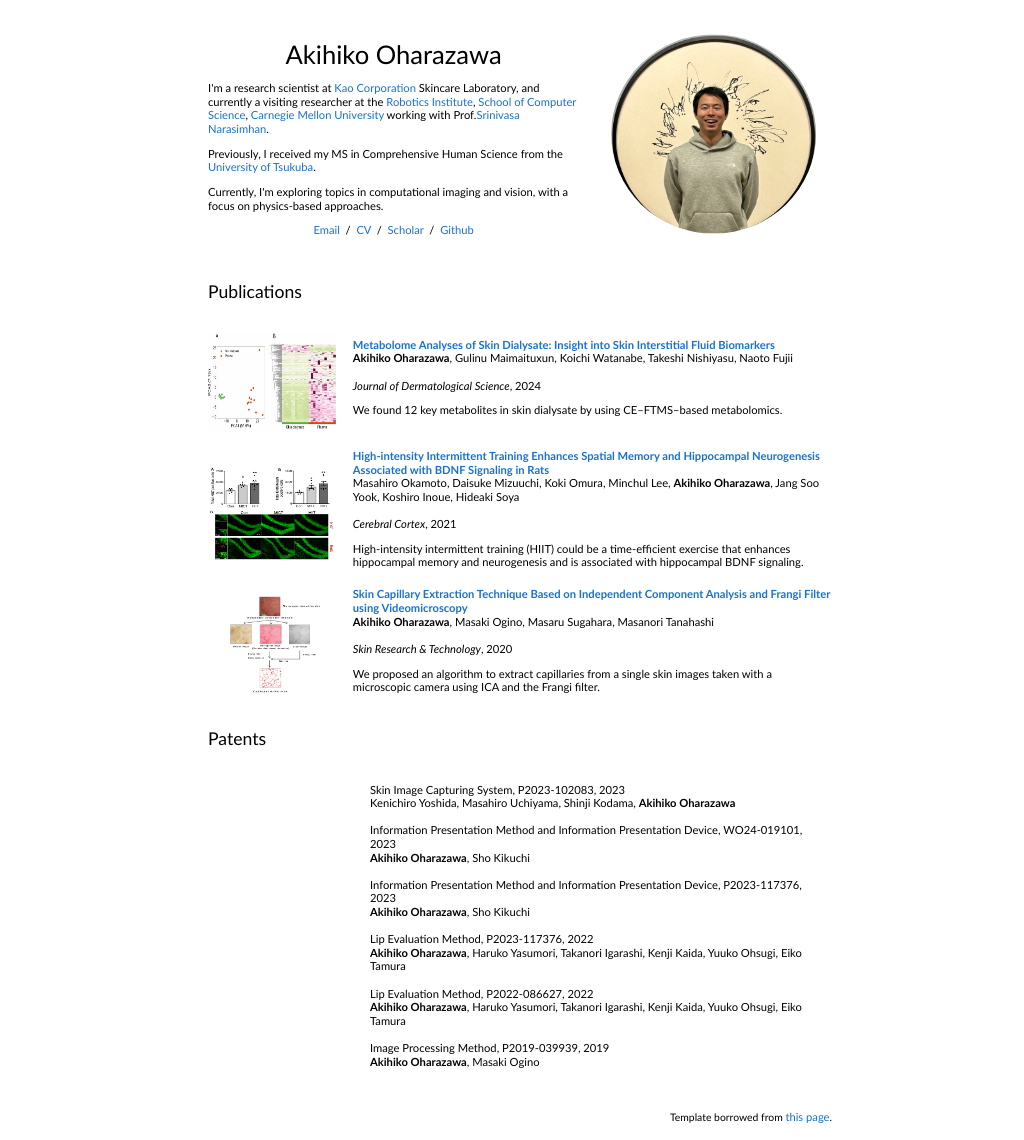
Repository: akihikooharazawa/akihikooharazawa.github.io
Page: index.html
The author's editor kept a copy of each file at every save. The page is drawn from the files as they stood at one save, then again after a run of saves.
The browser window is 1280 px wide. The pictures show the whole page, at 80% of full size.

Above is the page before, as saved 2025-07-25 10:59:11.

After the next 2 saves:
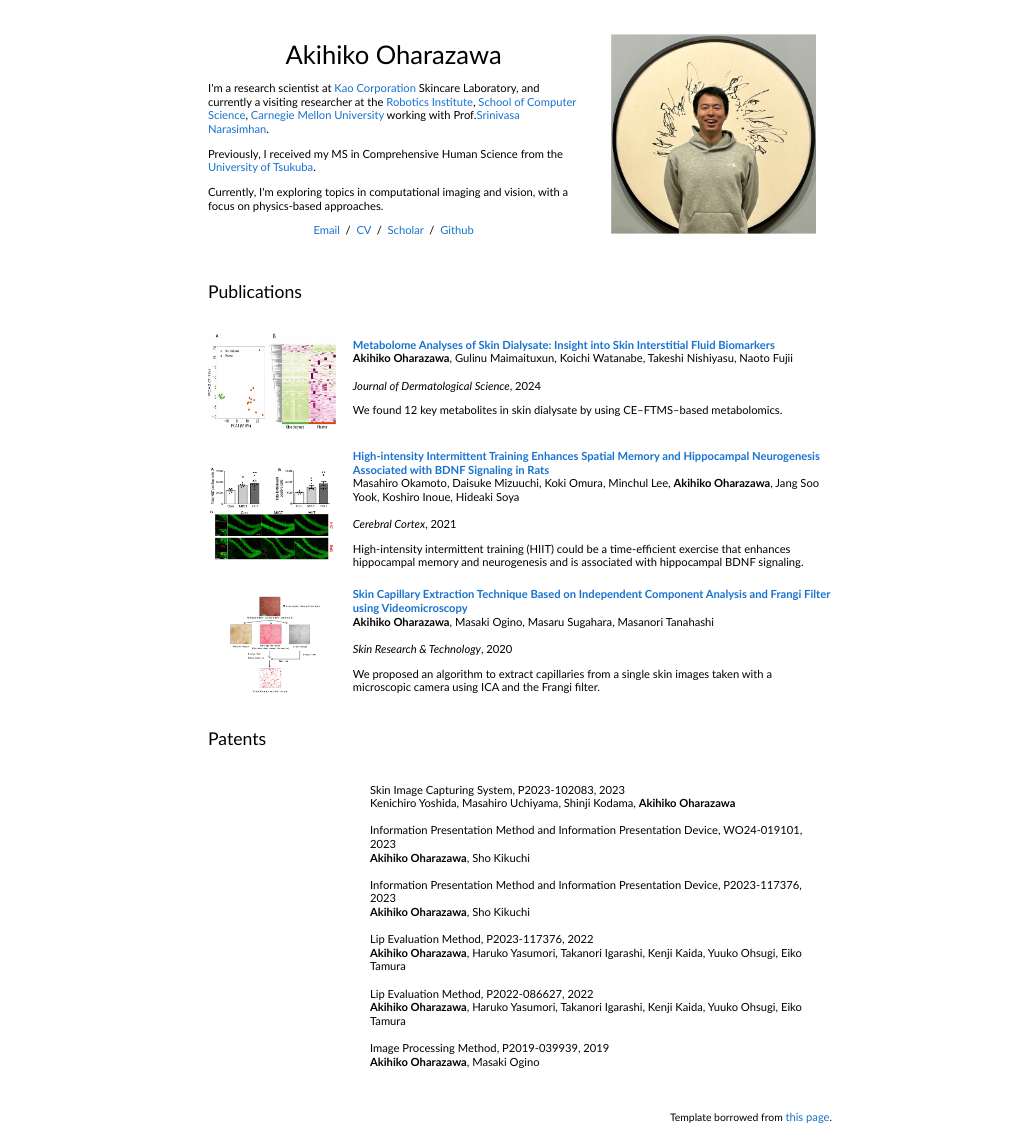
The 2 saves are shown as one change because they came seconds apart.
The last was saved 11 s later.
--- a/index.html
+++ b/index.html
@@ -50,7 +50,7 @@
                 </p>
               </td>
               <td style="padding:2.5%;width:40%;max-width:40%">
-                <a href="images/AkiOharazawa.jpg"><img style="width:100%;max-width:100%;object-fit: cover; border-radius: 60%;" alt="profile photo" src="images/AkiOharazawa.jpg" class="hoverZoomLink"></a>
+                <a href="images/AkiOharazawa.jpg"><img style="width:100%;max-width:100%;object-fit: cover; border-radius: 0%;" alt="profile photo" src="images/AkiOharazawa.jpg" class="hoverZoomLink"></a>
               </td>
             </tr>
           </tbody></table>

After the 3 saves that followed:
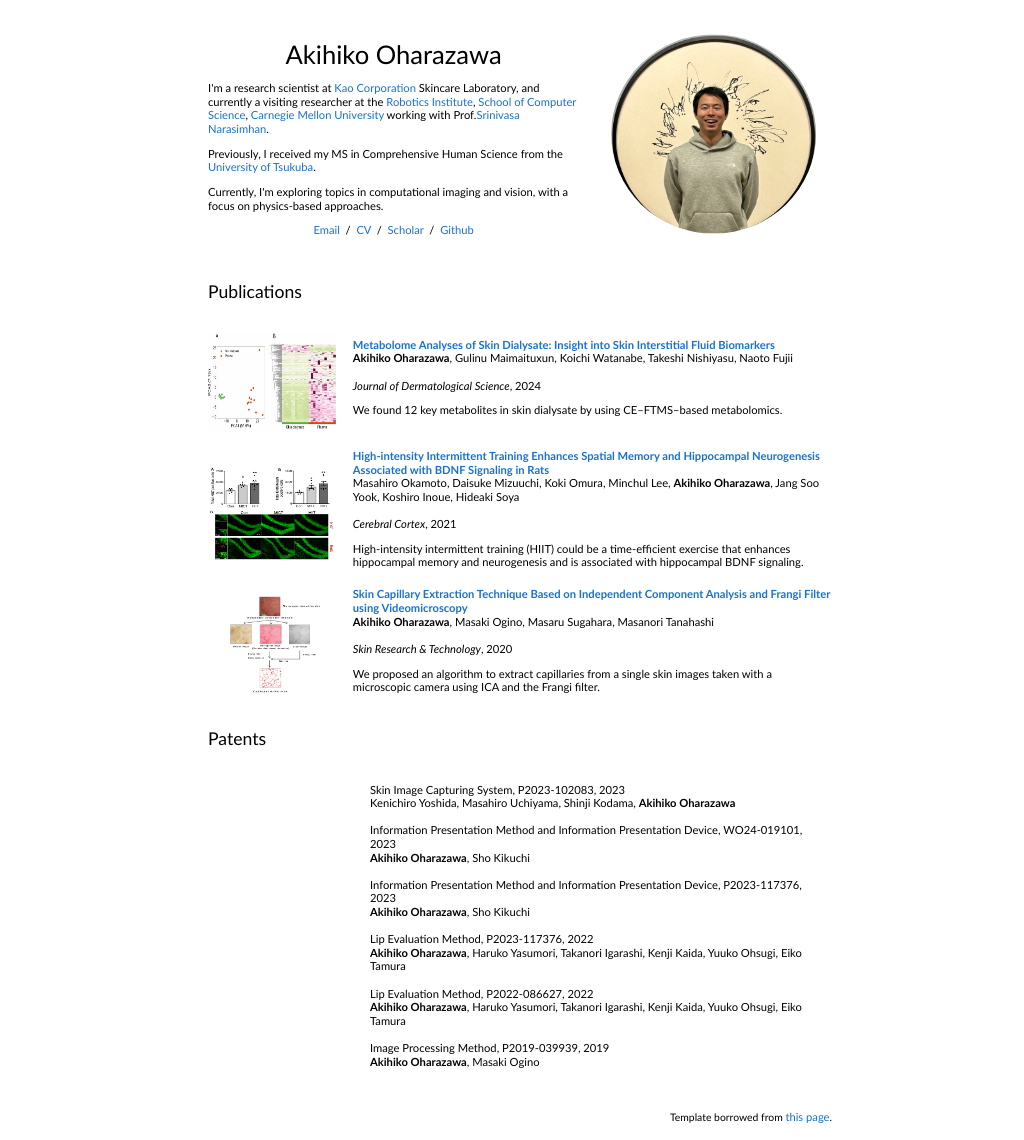
The 3 saves are shown as one change because they came seconds apart.
The last was saved 10 s later.
--- a/index.html
+++ b/index.html
@@ -50,7 +50,7 @@
                 </p>
               </td>
               <td style="padding:2.5%;width:40%;max-width:40%">
-                <a href="images/AkiOharazawa.jpg"><img style="width:100%;max-width:100%;object-fit: cover; border-radius: 0%;" alt="profile photo" src="images/AkiOharazawa.jpg" class="hoverZoomLink"></a>
+                <a href="images/AkiOharazawa.jpg"><img style="width:100%;max-width:100%;object-fit: cover; border-radius: 90%;" alt="profile photo" src="images/AkiOharazawa.jpg" class="hoverZoomLink"></a>
               </td>
             </tr>
           </tbody></table>
